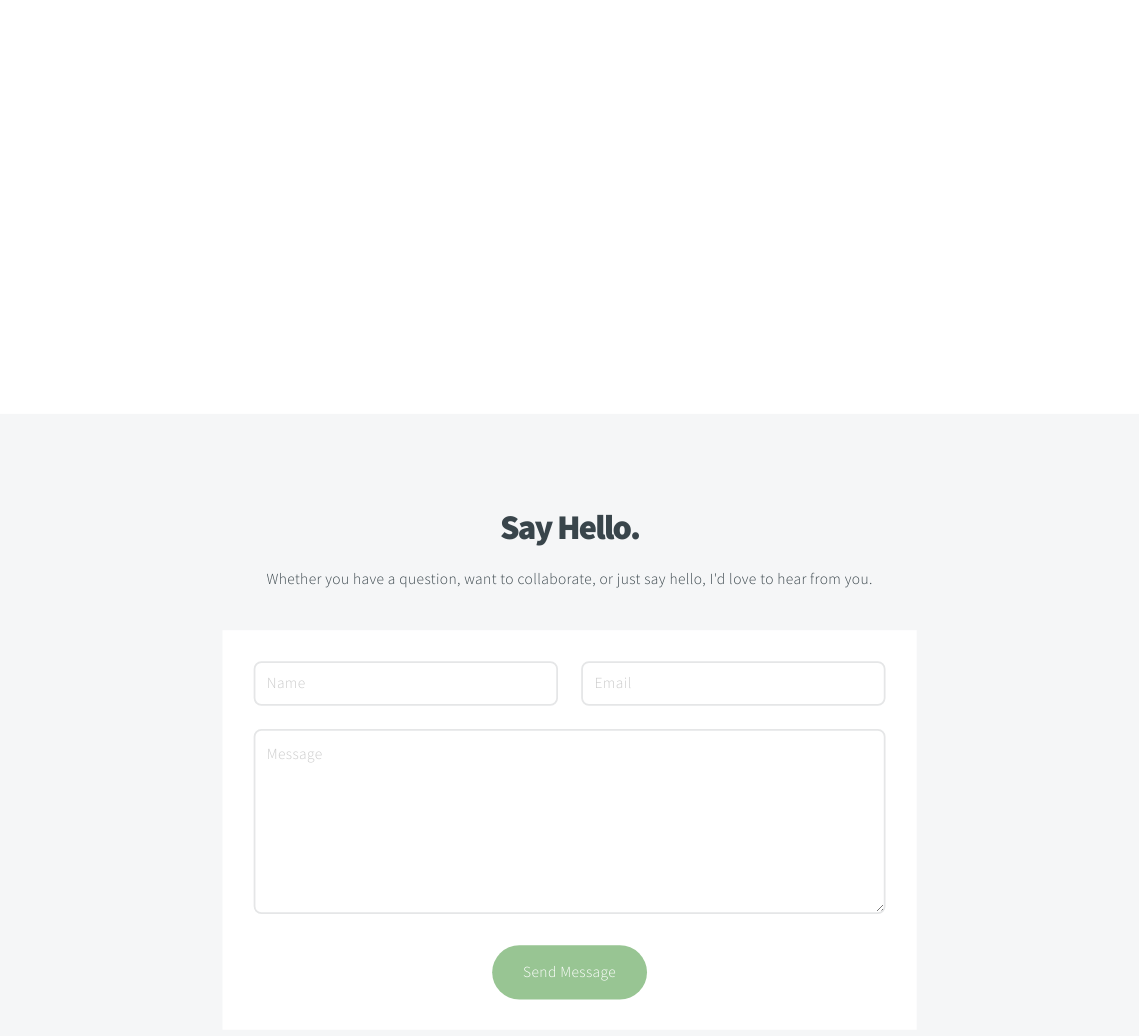
Repository: mauriciopazpp/mauriciopazpp.github.io
Page: index.html
These files come from the project's save history. The page is drawn as it stood at one moment and after the next save; the edit follows.
The browser window is 1280 px wide. The pictures show the part of the page from y = 5336 to 6500 px (the page is 6893 px tall before and 6764 px after), at 89% of full size.
A picture or video elsewhere on the page could not be fetched, so the positions and the page height are approximate. Backgrounds fixed to the window are drawn as part of the page.

Above is the page before, as saved 2024-03-05 22:52:49.
Console error: TypeError: Cannot set properties of undefined (setting 'windowMargin')

### index.html
<!DOCTYPE HTML>
<html>
	<head>
		<title>Mauricio Paz</title>
		<meta charset="utf-8" />
		<meta name="viewport" content="width=device-width, initial-scale=1, user-scalable=no" />
		<link rel="stylesheet" href="assets/css/main.css" />
		<noscript><link rel="stylesheet" href="assets/css/noscript.css" /></noscript>
		<link rel="icon" type="image/x-icon" href="images/favicon.png">
	</head>
	<body class="is-preload">
		<!-- <img id="preload" src="images/preloader.gif"> -->
		<!-- Header -->
			<header id="header">
				<div class="logo-header">
					<img src="images/logo-2.png" alt="Mauricio Paz Pacheco CV">
				</div>
				<nav>
					<ul>
						<li><a href="#intro">Intro</a></li>
						<li><a href="#one">Who I am</a></li>
						<li><a href="#two">Skills and Certifications</a></li>
						<li><a href="#work">Experience</a></li>
						<li><a href="#portfolio">Portfolio</a></li>
						<li style="display: none;"><a href="#things">My Things</a></li>
						<li><a href="#contact">Contact</a></li>
					</ul>
				</nav>
			</header>

		<!-- Intro -->
			<section id="intro" class="main style1 dark fullscreen">
				<div class="content">
					<header>
						<h2>Mauricio Paz</h2>
					</header>
					<p>Enter the realm of my career.</p>
					<footer>
						<!-- <a href="#one" class="button style2 down">More</a> -->
						<a href="cv/Mauricio.pdf" target="_blank" class="button">Download CV</a>
						<a href="#one" class="button">More</a>
					</footer>
				</div>
			</section>

		<!-- One -->
			<section id="one" class="main style2 right dark fullscreen">
				<div class="content box style2">
					<header>
						<h2>Who I am</h2>
					</header>
					<p>Mauricio, <span id="age">35</span> years old, more than a decade of experience in the systems development field. Certified by Adobe. Married, living in the south of Brazil. I enjoy Rock, Heavy Metal, cats and games.</p>
					<p>Let's be friends, this is my insta <a href="https://www.instagram.com/mauricio.paz.p/" style="text-decoration: none; font-weight: bold;">@mauricio.paz.p</a></p>
				</div>
				<a href="#two" class="button style2 down anchored">Next</a>
			</section>

		<!-- Two -->
			<section id="two" class="main style2 left dark fullscreen">
				<div class="content box style2">
					<header>
						<h2>Skills</h2>
					</header>
					<p><b class="php">#php</b>, <b class="javascript">#javascript</b>, <b class="node">#node</b>, <b class="graphql">#graphql</b>, <b class="sql">#sql</b></p>
					<p><b class="adobecommerce">#adobecommerce</b>, <b class="bigcommerce">#bigcommerce</b>, <b class="shopify">#shopify</b>, <b class="pwastudio">#pwastudio</b></p>
					<p><b class="vuejs">#vuejs</b>, <b class="react">#react</b>, <b class="reactnative">#reactnative</b></p>
					<p><b class="git">#git</b>, <b class="warden">#warden</b>, <b class="docker">#docker</b>, <b class="commercecloud">#commercecloud</b></p>
					<p><b class="frontend">#frontend</b>, <b class="backend">#backend</b>, <b class="fullstack">#fullstack</b></p>
					<p><b class="english">#english</b>, <b class="portuguese">#portuguese</b></p>

					<br>

					<h2>Certifications</h2>
					<p>
						<b>
						- Adobe Certified Expert - Adobe Commerce Front-End Developer.
						<a href="https://www.credly.com/badges/2049df38-8aab-49f0-89bc-399480d42e42/linked_in" target="_blank">
							Check the link
						</a>
						</b>
					</p>

				</div>
				<a href="#work" class="button style2 down anchored">Next</a>
			</section>

		<!-- Work -->
			<section id="work" class="main style3 primary">
				<div class="content">
					<header>
						<h2>My Experience</h2>
						<p>Over the years, I have worked in various companies and faced challenges that have shaped my expertise in development. At BlueAcorn iCi, I participated in projects for major companies such as Lovesac and Sony, using Adobe Commerce and React. At Jamersan, I contributed to creating stores using BigCommerce. At Unimed, I had the opportunity to independently create software from scratch, developing highly robust systems that are still in use today. Currently, at IronPlane, I am expanding my knowledge in PWA Studio. My journey is a constant pursuit of technical excellence and the ability to positively impact through software development.</p>
					</header>

					<!-- Gallery  -->
						<div class="gallery">
							<article class="from-left" style="background: url(images/fulls/02.jpg);">
								<div class="description">
									<p><b>IronPlane</b> - <i>Portland, ME, USA</i> <br> 04/2023 - Current</p>
									<ul>
										<li>•  Designed and implemented stores using Adobe Commerce.</li>
										<li>•  Upgrade PWA Studio stores and bug fixes using Adobe Commerce, PWA Studio, React, webpack, GraphQL, HTML, and CSS.</li>
										<li>•  Code-reviews in BigCommerce and Adobe Commerce stores.</li>
									</ul>
								</div>
								<div class="company">
									<img src="images/comp/ironplane.svg" alt="ironplane" class="logo">
								</div>
								<!-- <a href="images/fulls/01.jpg" class="image fit"><img src="images/thumbs/01.jpg" title="The Anonymous Red" alt="" /></a> -->
							</article>
							<article class="from-right" style="background: url(images/fulls/05.jpg);">
								<div class="description">
									<p><b>Jamersan</b> - <i>Opelika, AL, USA</i> <br> 02/2023 - 12/2023</p>
									<ul>
										<li>•  Led the creation of stores, managing product imports, and crafting database management scripts using api, bash script, php and javascript.</li>
										<li>•  Designed and developed new stores using BigCommerce, incorporating webhooks, APIs, and app development.</li>
									</ul>
								</div>
								<div class="company">
									<img src="images/comp/jamersan.webp" alt="jamersan" class="logo">
								</div>
								<!-- <a href="images/fulls/02.jpg" class="image fit"><img src="images/thumbs/02.jpg" title="Airchitecture II" alt="" /></a> -->
							</article>
							<article class="from-left" style="background: url(images/fulls/01.jpg);">
								<div class="description">
									<p><b>BlueAcorn iCi</b> - <i>Charleston, SC, USA</i> <br>03/2021 - 02/2023</p>
									<ul>
										<li>•  Senior Front-end Developer, <i>a leading company in award-winning digital transformations for Fortune 500 companies.</i> I collaborated on large-scale projects, including creating digital experiences for renowned brands such as Apple and Sony.</li>
										<li>•  Led a Front-end development team on an Adobe Commerce project, ensuring timely and high-quality delivery.</li>
										<li>•  Development and enhancement of stores for renowned brands like Lovesac, using technologies such as Adobe Commerce, React, and advanced customization tools, such as product creation in a 3D environment.</li>
									</ul>
								</div>
								<div class="company">
									<img src="images/comp/blueacorn.png" alt="blueacornici" class="logo">
								</div>
								<!-- <a href="images/fulls/03.jpg" class="image fit"><img src="images/thumbs/03.jpg" title="Air Lounge" alt="" /></a> -->
							</article>
							<article class="from-right" style="background: url(images/fulls/03.jpg);">
								<div class="description">
									<p><b>MageMontreal</b> - <i>Sainte-Agathe-des-Monts/QC  Canada</i> <br>08/2020 - 02/2021</p>
									<ul>
										<li>•  Front-end Developer at MageMontreal, contributing to the development of multiple online stores using Adobe Commerce.</li>
										<li>•  Continuous Integration/Deployment Pipeline Integration, pull requests, code reviews.</li>
									</ul>
								</div>
								<div class="company">
									<img src="images/comp/magemontreal.svg" alt="magemontreal" class="logo" style="background: #f84601">
								</div>
								<!-- <a href="images/fulls/03.jpg" class="image fit"><img src="images/thumbs/03.jpg" title="Air Lounge" alt="" /></a> -->
							</article>
							<article class="from-left" style="background: url(images/fulls/04.jpg);">
								<div class="description">
									<p><b>Redstage</b> - <i>New York, NY, USA</i> <br>03/2019 - 08/2020</p>
									<ul>
										<li>• Initiated the creation of work automation scripts, proposing tasks such as branch creation, automatic status updates in Jira, pull request creation via terminal, and development of a webhook on GitHub to send automatic notifications to Slack.</li>
										<li>•  Full Stack Developer, responsible for the creation and updates of stores using Adobe Commerce.</li>
									</ul>
								</div>
								<div class="company">
									<img src="images/comp/fulcrum.webp" alt="fulcrum" class="logo">
								</div>
								<!-- <a href="images/fulls/03.jpg" class="image fit"><img src="images/thumbs/03.jpg" title="Air Lounge" alt="" /></a> -->
							</article>
							<article class="from-right" style="background: url(images/fulls/06.jpg);">
								<div class="description">
									<p><b>KolinaLabs</b> - <i>Guarapuava, PR, Brazil</i> <br>06/2018 - 02/2019</p>
									<ul>
										<li>•  Development of system applications, including a solar panel system for Sices Brasil, the largest solar panel producer in Latin America.</li>
										<li>•  Creation and maintenance of apps using Vue.js, webpack, Sass, among others, to ensure efficient and high-quality implementation.</li>
										<li>•  BI Developer, creating an advanced dashboard using QlikSense to enhance data analysis and decision-making at Sices Brasil.</li>
									</ul>
								</div>
								<div class="company">
									<img src="images/comp/kolinalabs.png" alt="kolinalabs" class="logo">
								</div>
								<!-- <a href="images/fulls/03.jpg" class="image fit"><img src="images/thumbs/03.jpg" title="Air Lounge" alt="" /></a> -->
							</article>
							<article class="from-left" style="background: url(images/fulls/06.jpg);">
								<div class="description">
									<p><b>Unimed</b> - <i>Guarapuava, PR, Brazil</i> <br>08/2015 - 06/2018</p>
									<ul>
										<li>•  Largest healthcare company in latin america, I developed approximately 12 systems using Laravel independently, including 2 large systems that continued to be used for over 6 years, even after my departure from the company.</li>
										<li>•  Responsible for the entire system development process, from gathering requirements to development, deployment, testing, and support.</li>
										<li>•  I created a workflow system that automated all internal processes, providing greater ease of work for everyone.</li>
										<li>•  I conceptualized and developed a system that reduced an employee's workload time from 2 months to just 1 minute, automating the compression and sending of multiple PDFs via email to health plan beneficiaries.</li>
									</ul>
								</div>
								<div class="company">
									<img src="images/comp/unimed.png" alt="Unimed" class="logo" style="padding: 0;">
								</div>
								<!-- <a href="images/fulls/03.jpg" class="image fit"><img src="images/thumbs/03.jpg" title="Air Lounge" alt="" /></a> -->
							</article>
							<article class="from-right" style="background: url(images/fulls/06.jpg);    display: flex;
							align-content: center;
							justify-content: center;
							align-items: center;">
								<a href="https://www.linkedin.com/in/m-paz/details/experience/">
									<p><b style="color: white; text-decoration: underline;" target="_blank">See More</b></p>
								</a>
							</article>
						</div>
				</div>
			</section>

		<!-- Portfolio -->
		<section id="portfolio" class="main style1 primary">
			<div class="content">
				<header>
					<h2>Portfolio</h2>
					<p>Lorem ipsum dolor sit amet consectetur adipisicing elit. Quisquam ipsam suscipit, facere veniam voluptas explicabo magni quidem quasi vel consequuntur nemo unde at dolore, nulla aut nostrum. Quae, ex quo.</p>
				</header>

				<!-- Gallery  -->
					<div class="gallery">
						<article class="from-left" style="background: url(images/portfolio/lovesac.png);">
							<div class="description">
								<p><b>Lovesac</b></p>
							</div>
							<div class="company">
								<img src="images/comp/ironplane.svg" alt="ironplane" class="logo">
							</div>
						</article>
						<article class="from-left" style="background: url(images/portfolio/lovesac.png);">
							<div class="description">
								<p><b>Lovesac</b></p>
							</div>
							<div class="company">
								<img src="images/comp/ironplane.svg" alt="ironplane" class="logo">
							</div>
						</article>
					</div>
			</div>
		</section>

		<!-- Contact -->
			<section id="contact" class="main style3 secondary">
				<div class="content">
					<header>
						<h2>Say Hello.</h2>
						<p>Whether you have a question, want to collaborate, or just say hello, I'd love to hear from you.</p>
					</header>
					<div class="box">
						<form method="post" action="https://formspree.io/xaypakzd">
							<div class="fields">
								<div class="field half"><input type="text" name="username" placeholder="Name" required/></div>
								<div class="field half"><input type="email" name="email" placeholder="Email" required /></div>
								<div class="field"><textarea name="message" placeholder="Message" rows="6" required></textarea></div>
							</div>
							<ul class="actions special">
								<li><input type="submit" value="Send Message" /></li>
							</ul>
						</form>
					</div>
					<h2>You can also message me using social apps</h2>
					<ul class="list-inline fullscreen-nav-holder">
						<li><a class="text-uppercase" href="https://www.linkedin.com/in/m-paz/?locale=en_US">Linkedin</a></li>
						<li><a class="text-uppercase" href="https://www.instagram.com/mauricio.paz.p/">Instagram</a></li>
						<li><a class="text-uppercase" href="https://wa.me/5542984152452?text=Hi%21+I+came+across+your+linkedin+profile">Whatsapp</a></li>
					</ul>
					<ul class="list-inline fullscreen-nav-holder">
						<li><b>mauriciopazdev@gmail.com</b></li>
						<li><b>+55 42 9-8415-24-52</b></li>
					</ul>

					<h2 style="color: cornflowerblue; margin-bottom: 30px">
						Thanks for stopping by!
					</h2>
					<br>
				</div>
			</section>

			<!-- Things -->
			<section id="things" class="main style3 primary" style="display: none;">
				<div class="content">
					<header>
						<h2>My Things</h2>
						<p>I believe that our professional life is closely linked to who we are and what we enjoy, so here are some of my childhood and teenager works.</p>
					</header>

					<!-- Gallery  -->
					<h3>Drawings</h3>
					<div class="gallery">
						<article class="from-left">
							<img src="images/things/draw.jpg">
						</article>
						<article class="from-right">
							<img src="images/things/draw2.jpg">
						</article>
					</div>
					<h3>Drawings in MsPaint, before touch screen exist</h3>
					<div class="gallery">
						<article class="from-left">
							<img src="images/things/paint3.jpg">
						</article>
						<article class="from-right">
							<img src="images/things/paint.jpg">
						</article>
					</div>
					<h3>3D modeling work, before become a developer</h3>
					<div class="gallery">
						<article class="from-left">
							<img src="images/things/3d.jpg">
						</article>
						<article class="from-right">
							<img src="images/things/3d3.jpg">
						</article>
					</div>
				</div>
			</section>

		<!-- Footer -->
			<footer id="footer">

				<!-- Icons -->
					<ul class="icons">
						<li><a href="https://www.facebook.com/mauriciopazpacheco" class="icon brands fa-facebook-f"><span class="label">Facebook</span></a></li>
						<li><a href="https://www.instagram.com/mauricio.paz.p/" class="icon brands fa-instagram"><span class="label">Instagram</span></a></li>
						<li><a href="https://www.linkedin.com/in/m-paz/?locale=en_US" class="icon brands fa-linkedin-in"><span class="label">LinkedIn</span></a></li>
					</ul>

				<!-- Menu -->
					<ul class="menu">
						<li>Mauricio Paz Pacheco</li><li></li>
					</ul>

			</footer>

		<!-- Scripts -->
			<script src="assets/js/jquery.min.js"></script>
			<script src="assets/js/jquery.poptrox.min.js"></script>
			<script src="assets/js/jquery.scrolly.min.js"></script>
			<script src="assets/js/jquery.scrollex.min.js"></script>
			<script src="assets/js/browser.min.js"></script>
			<script src="assets/js/breakpoints.min.js"></script>
			<script src="assets/js/util.js"></script>
			<script src="assets/js/main.js"></script>
	</body>
	<script>
		const dob = new Date('1988-12-08');
		const now = new Date();
		let age = now.getFullYear() - dob.getFullYear();
		if (now.getMonth() < dob.getMonth() || (now.getMonth() === dob.getMonth() && now.getDate() < dob.getDate())) {
			age--;
		}
		document.getElementById('age').textContent = age;
	</script>
</html>

Loaded but not shown: assets/js/jquery.min.js (library); assets/js/jquery.poptrox.min.js (library); assets/js/jquery.scrolly.min.js (common file); assets/js/jquery.scrollex.min.js (common file); assets/js/browser.min.js (common file); assets/js/breakpoints.min.js (common file); assets/css/fontawesome-all.min.css (library); assets/js/util.js (587 lines, source omitted); assets/js/main.js (219 lines, source omitted); assets/css/main.css (2508 lines, source omitted)

After the next save:
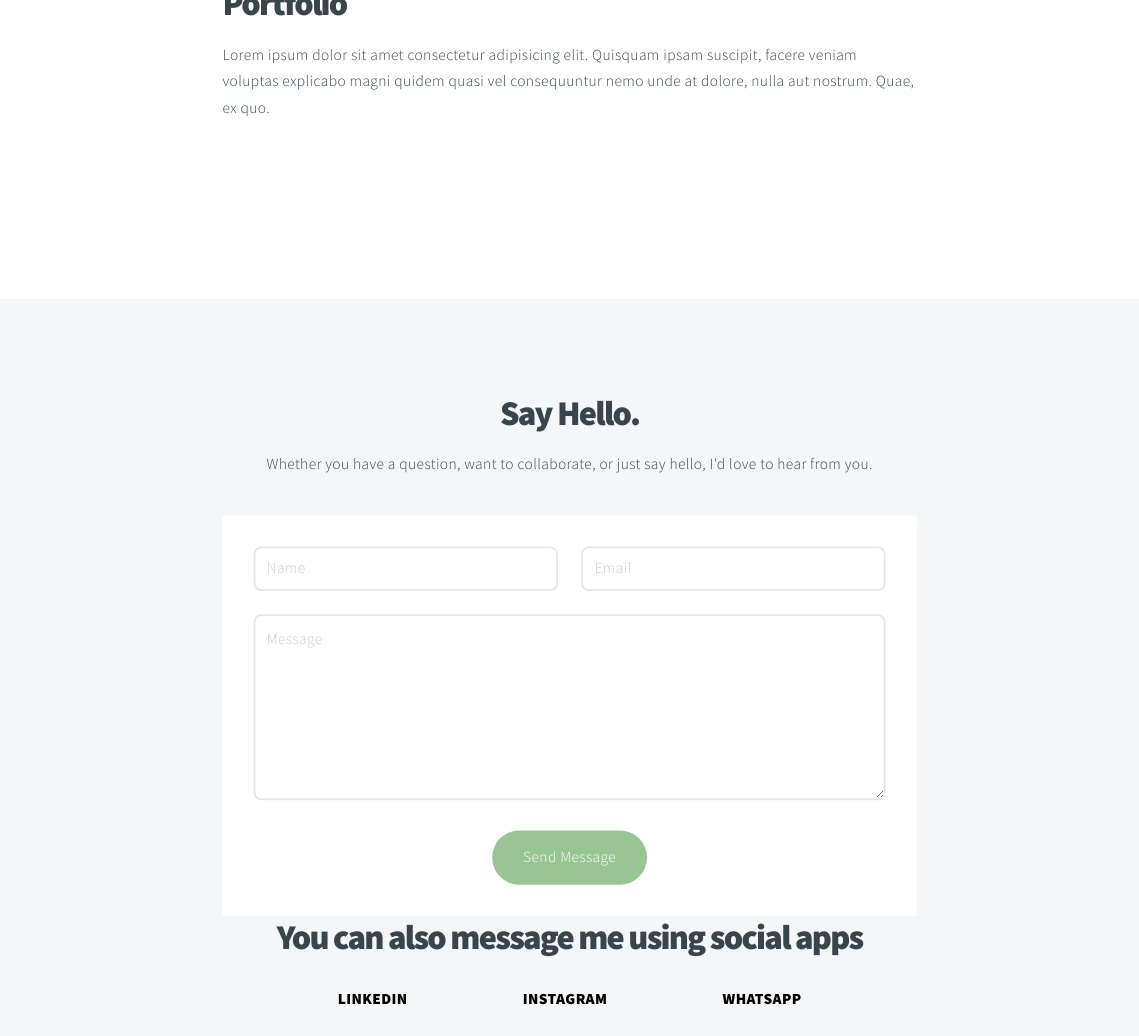
Saved 9 s later.
--- a/index.html
+++ b/index.html
@@ -203,7 +203,7 @@
 			</section>
 
 		<!-- Portfolio -->
-		<section id="portfolio" class="main style1 primary">
+		<section id="portfolio" class="main style4 primary">
 			<div class="content">
 				<header>
 					<h2>Portfolio</h2>
